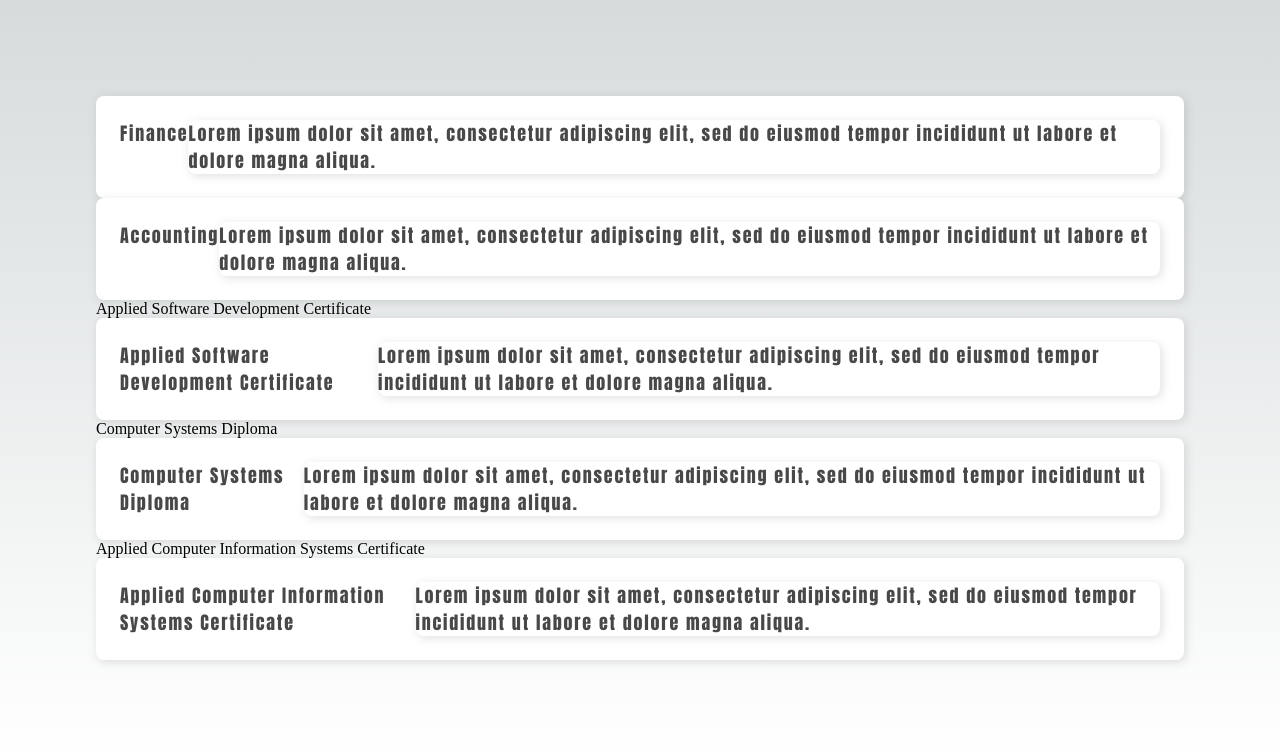
Repository: giovanabirck/class03-vercel-test
Page: /
An editor plug-in stored every save of this project. The page is shown before and after a run of saves, followed by the edit.
The browser window is 1280 px wide. The pictures show the whole page.
The project was rebuilt for these pictures with package versions that can differ from the ones it lists, and the page was loaded fresh each time. The framework's server and built-in components were replaced by stand-ins that run in the browser. Also part of the build but not shown: next.config.js.

Above is the page before, as saved 2023-01-24 21:26:22.

After the next 2 saves:
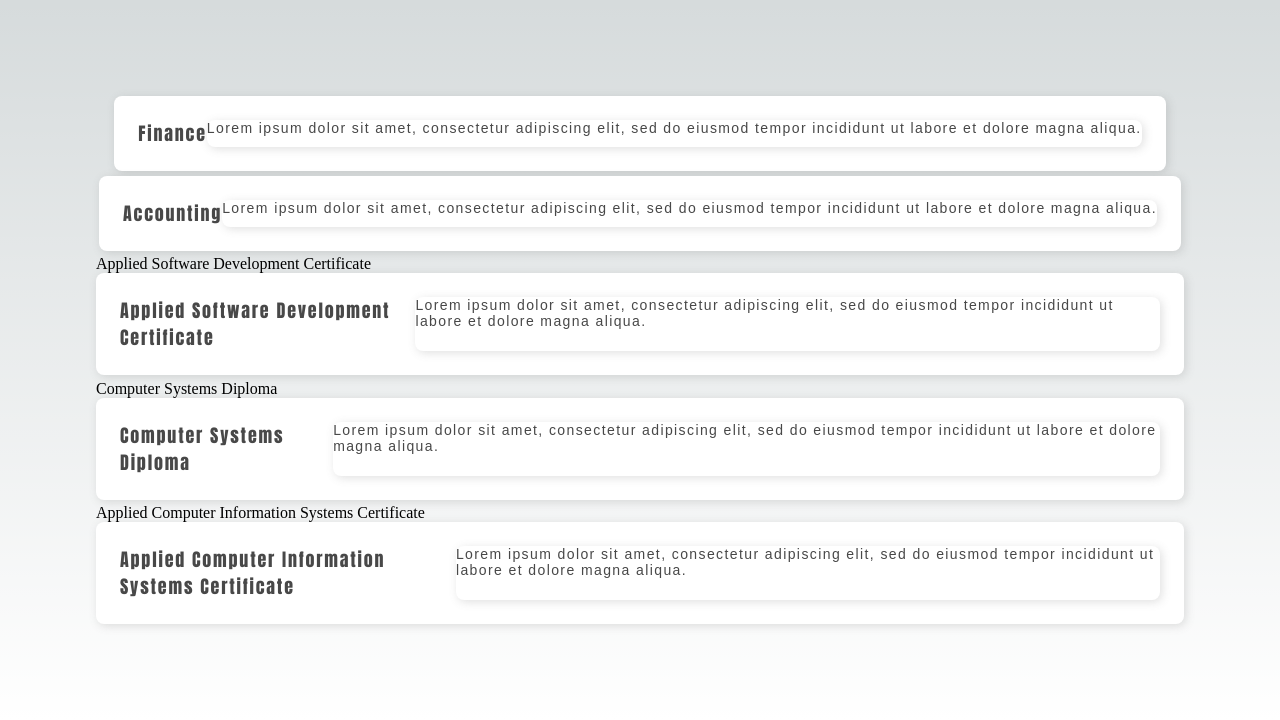
The 2 saves are shown as one change because they came seconds apart.
The last was saved 8 s later.
--- a/components/Card/index.js
+++ b/components/Card/index.js
@@ -19,9 +19,9 @@ export default function Card({
             {degree}
             <br></br>
             <p style={{
-                fontFamily: "Impact",
+                fontFamily: "arial",
                 color: "#484848",
-                fontSize: "18px",
+                fontSize: "14px",
                 letterSpacing: "0.1em",
                 display: "flex",
                 borderRadius: "8px",
